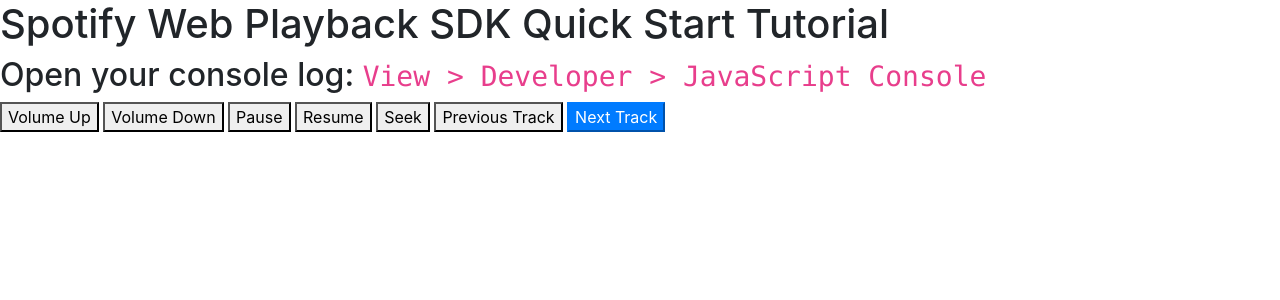
Repository: eunoia3269/leapjs
Page: research-project/spotify-sample.html
These files come from the project's save history. The page is drawn as it stood at one moment and after the next save; the edit follows.
The browser window is 1280 px wide. The pictures show the whole page.

Above is the page before, as saved 2019-12-28 20:08:24.

After the next save:
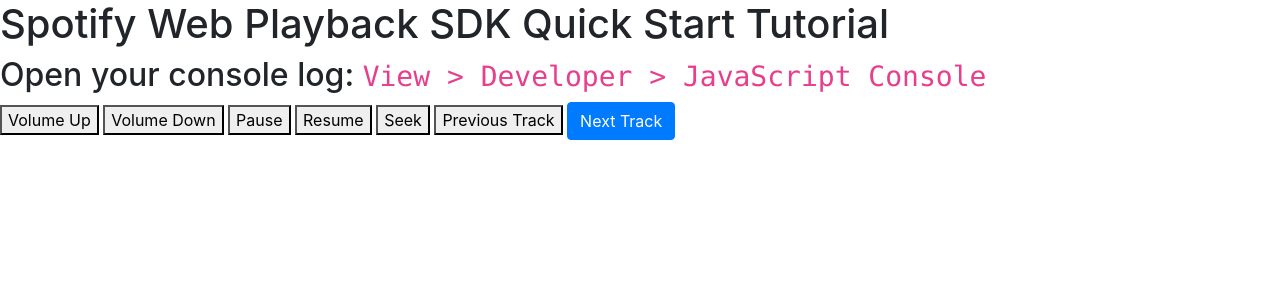
Saved 12 s later.
--- a/research-project/spotify-sample.html
+++ b/research-project/spotify-sample.html
@@ -18,7 +18,7 @@
     <button type="button" id="resume-button">Resume</button>
     <button type="button" id="seek-button">Seek</button>
     <button type="button" id="previous-track-button">Previous Track</button>
-    <button type="button" id="next-track-button" class="btn-primary">Next Track</button>
+    <button type="button" id="next-track-button" class="btn btn-primary">Next Track</button>
   </div>
 
   <script src="https://sdk.scdn.co/spotify-player.js"></script>
